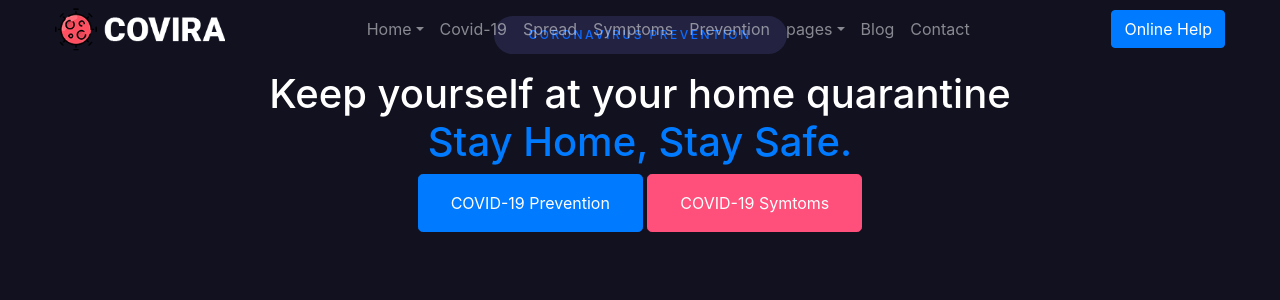
Repository: sitikhusushan/corona_updates
Page: index.html
The author's editor kept a copy of each file at every save. The page is drawn from the files as they stood at one save, then again after the next save.
The browser window is 1280 px wide. The pictures show the whole page.

Above is the page before, as saved 2020-06-05 06:14:42.

After the next save:
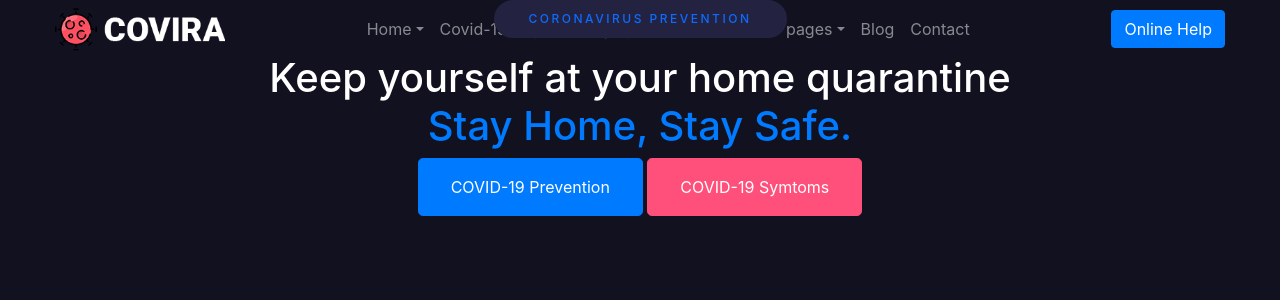
Saved 27 s later.
--- a/style.css
+++ b/style.css
@@ -8,7 +8,7 @@
   position: relative;
 }
 
-header .container {
+.container {
   position: fixed;
   top: 0;
   right: 0;

After the save that followed:
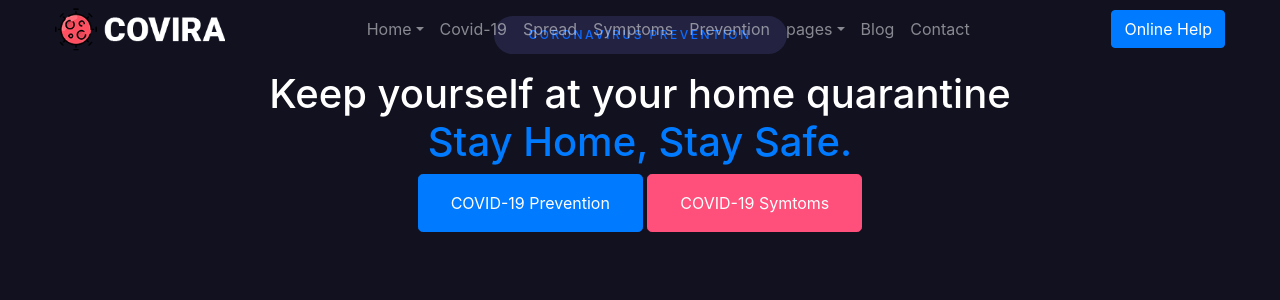
Saved 25 s later.
--- a/style.css
+++ b/style.css
@@ -8,7 +8,7 @@
   position: relative;
 }
 
-.container {
+nav .container {
   position: fixed;
   top: 0;
   right: 0;
